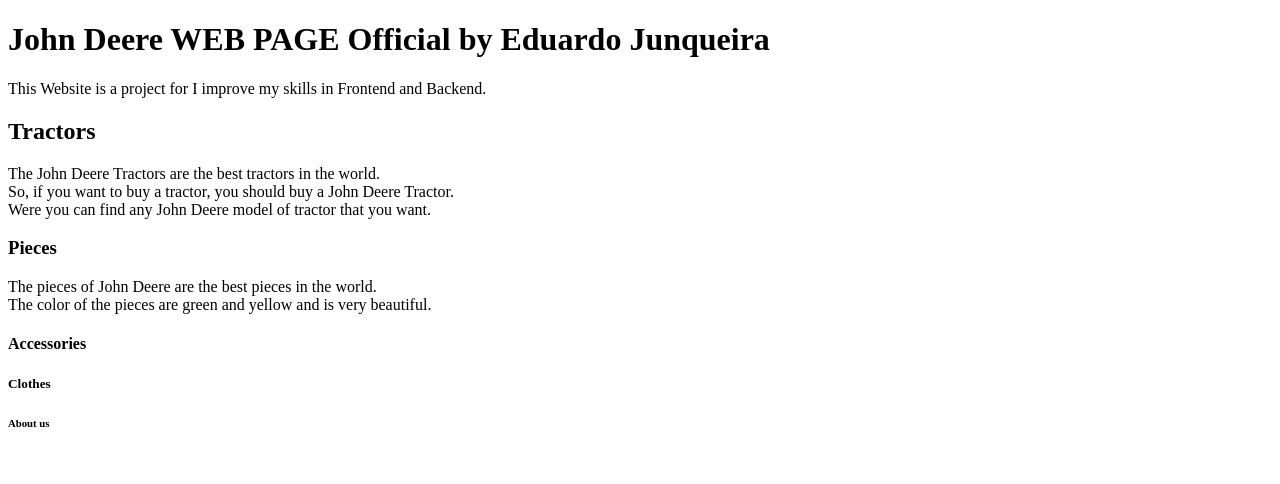
Repository: EduardoJunqueira2004/WEBJohnDeere
Page: index.html
An editor plug-in stored every save of this project. The page is shown before and after a run of saves, followed by the edit.
The browser window is 1280 px wide. The pictures show the whole page.

Above is the page before, as saved 2024-12-05 11:01:07.

After the next 6 saves:
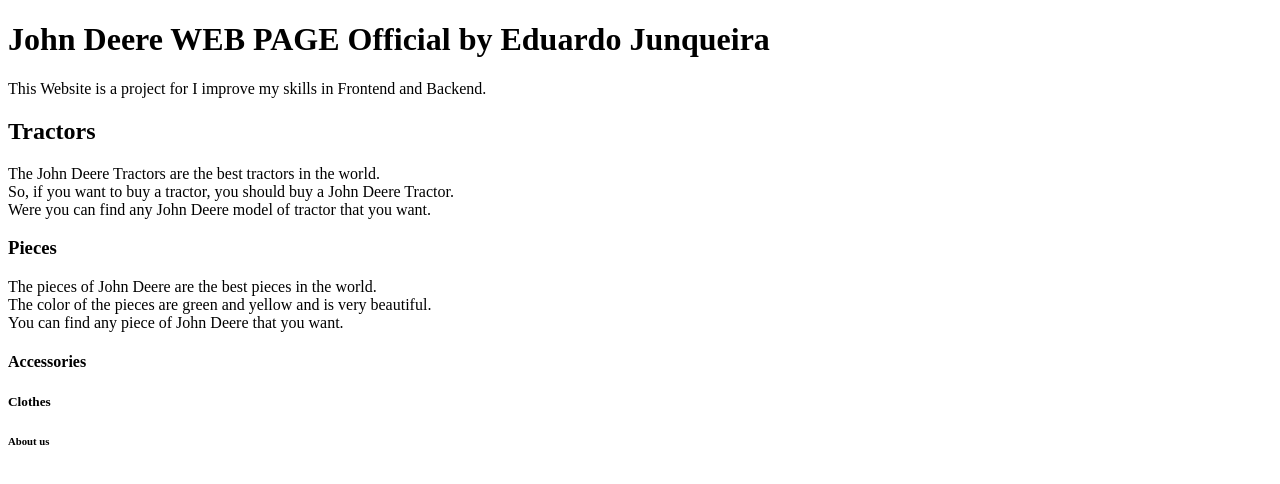
The 6 saves are shown as one change because they came seconds apart.
The last was saved 16 s later.
--- a/index.html
+++ b/index.html
@@ -23,9 +23,13 @@
     <p>
         The pieces of John Deere are the best pieces in the world.<br>
         The color of the pieces are green and yellow and is very beautiful.<br>
+        You can find any piece of John Deere that you want.
     </p>
     <!--heder4-->
     <h4>Accessories</h4>
+    <p>
+
+    </p>
     <!--heder5-->
     <h5>Clothes</h5>
     <!--heder6-->
